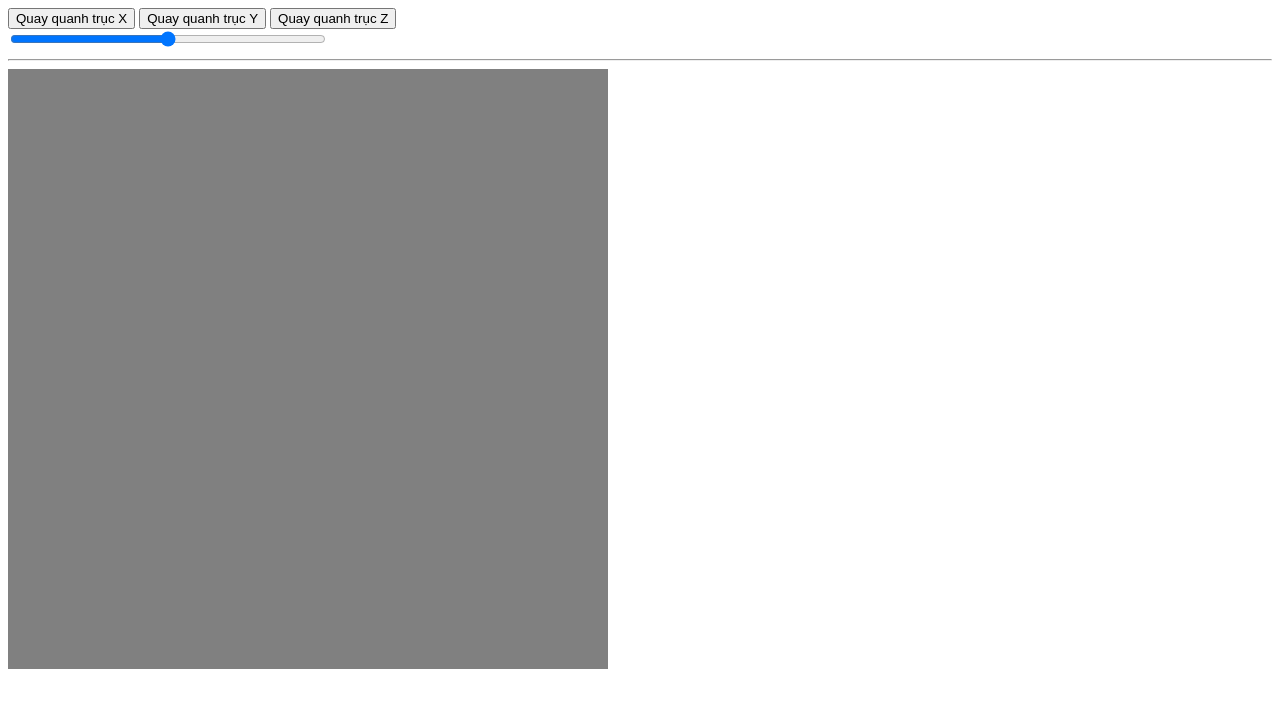
Repository: JoinGame-A36664/Build-House-WebGL
Page: index.html
The author's editor kept a copy of each file at every save. The page is drawn from the files as they stood at one save, then again after the next save.
The browser window is 1280 px wide. The pictures show the whole page.

Above is the page before, as saved 2021-10-24 22:49:53.

### index.html
<!DOCTYPE html>
<html>
	<head>
		<meta http-equiv="Content-Type" content="text/html;charset=utf-8" />

		<script id="vertex-shader" type="x-shader/x-vertex">
			#version 300 es

			in vec2 vPosition;

			void main()
			{
			    gl_Position = vec4(vPosition, 0.0, 1.0);
			}
		</script>

		<script id="fragment-shader" type="x-shader/x-fragment">
			#version 300 es
			precision mediump float;

			out vec4 fColor;

			void main()
			{
			    fColor = vec4(1.0, 0.0, 0.0, 1.0);   // Red, Green, Blue
			}
		</script>
	</head>

	<body>
		<button id="angle_x">Quay quanh trục X</button>
		<button id="angle_y">Quay quanh trục Y</button>
		<button id="angle_z">Quay quanh trục Z</button>
		<div>
                              <input
				id="angle_x"
				type="range"
				min="0"
				max="2"
				step="0.1"
				value="1.0"
				style="width: 25%"
			/>
		<hr />
                    </div>

		<canvas id="gl-canvas" width="600" height="600">
			Oops ... your browser doesn't support the HTML5 canvas element
		</canvas>

		<script type="text/javascript" src="Common/initShaders.js"></script>
		<script type="text/javascript" src="Common/MVnew.js"></script>
		<script type="text/javascript" src="Bietthu1.js"></script>
	</body>
</html>

### Common/initShaders.js
                                             //
//  initShaders.js
//

function initShaders( gl, vertexShaderId, fragmentShaderId )
{
    var vertShdr;
    var fragShdr;

    var vertElem = document.getElementById( vertexShaderId );
    if ( !vertElem ) {
        alert( "Unable to load vertex shader " + vertexShaderId );
        return -1;
    }
    else {
        vertShdr = gl.createShader( gl.VERTEX_SHADER );
        gl.shaderSource( vertShdr, vertElem.textContent.replace(/^\s+|\s+$/g, '' ));
        gl.compileShader( vertShdr );
        if ( !gl.getShaderParameter(vertShdr, gl.COMPILE_STATUS) ) {
            var msg = "Vertex shader failed to compile.  The error log is:"
        	+ "<pre>" + gl.getShaderInfoLog( vertShdr ) + "</pre>";
            alert( msg );
            return -1;
        }
    }

    var fragElem = document.getElementById( fragmentShaderId );
    if ( !fragElem ) {
        alert( "Unable to load vertex shader " + fragmentShaderId );
        return -1;
    }
    else {
        fragShdr = gl.createShader( gl.FRAGMENT_SHADER );
        gl.shaderSource( fragShdr, fragElem.textContent.replace(/^\s+|\s+$/g, '' ) );
        gl.compileShader( fragShdr );
        if ( !gl.getShaderParameter(fragShdr, gl.COMPILE_STATUS) ) {
            var msg = "Fragment shader failed to compile.  The error log is:"
        	+ "<pre>" + gl.getShaderInfoLog( fragShdr ) + "</pre>";
            alert( msg );
            return -1;
        }
    }

    var program = gl.createProgram();
    gl.attachShader( program, vertShdr );
    gl.attachShader( program, fragShdr );
    gl.linkProgram( program );

    if ( !gl.getProgramParameter(program, gl.LINK_STATUS) ) {
        var msg = "Shader program failed to link.  The error log is:"
            + "<pre>" + gl.getProgramInfoLog( program ) + "</pre>";
        alert( msg );
        return -1;
    }

    return program;
}

Loaded but not shown: Common/MVnew.js (1178 lines, source omitted); Bietthu1.js (418 lines, source omitted)

After the next save:
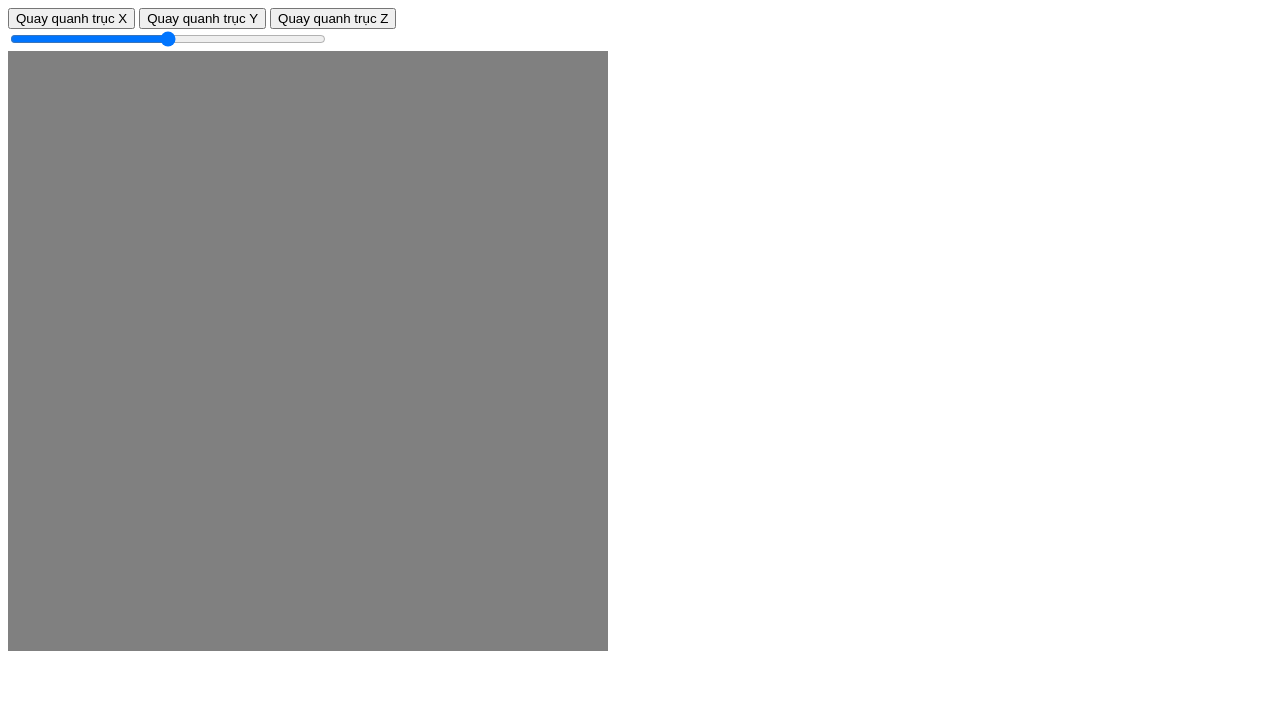
Saved 12 s later.
--- a/index.html
+++ b/index.html
@@ -41,7 +41,7 @@
 				value="1.0"
 				style="width: 25%"
 			/>
-		<hr />
+
                     </div>
 
 		<canvas id="gl-canvas" width="600" height="600">
